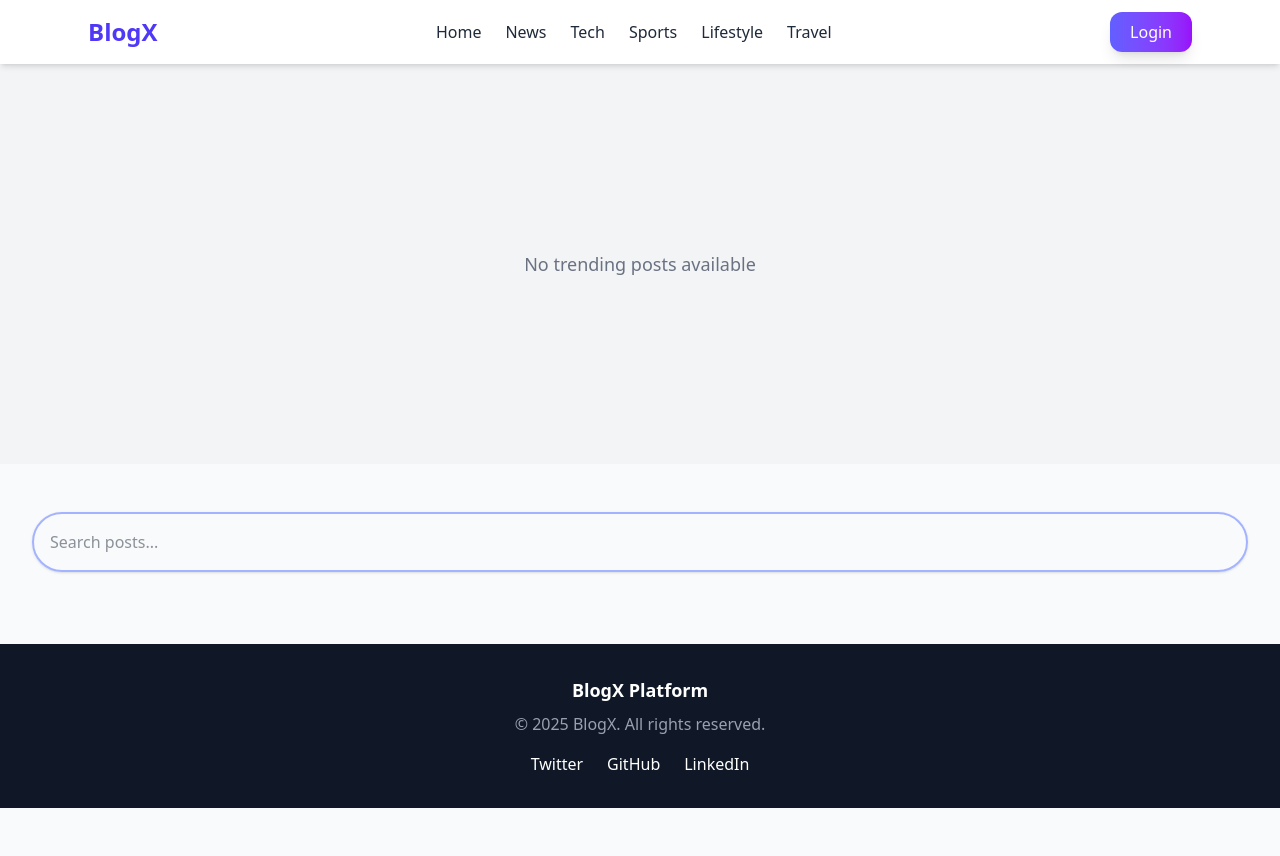
Repository: kundanchouhan12/BlogX
Page: / (app in blogx-Frontend/)
These files come from the project's save history. The page is drawn as it stood at one moment and after the next save; the edit follows.
The browser window is 1280 px wide. The pictures show the whole page.
The page's requests for data from a server got no answer. The project was rebuilt for these pictures with package versions that can differ from the ones it lists, and the page was loaded fresh each time. No one was signed in, and anything a server would have sent is missing. Also part of the build but not shown: blogx-Frontend/vite.config.js, blogx-Frontend/src/pages/Login.jsx, blogx-Frontend/src/pages/Signup.jsx, blogx-Frontend/src/pages/CreatePost.jsx, blogx-Frontend/src/components/PrivateRoute.jsx, blogx-Frontend/src/pages/BlogDetails.css, blogx-Frontend/src/pages/BlogDetails.jsx, blogx-Frontend/src/pages/EditPost.jsx.

Above is the page before, as saved 2025-09-19 19:46:01.

After the next save:
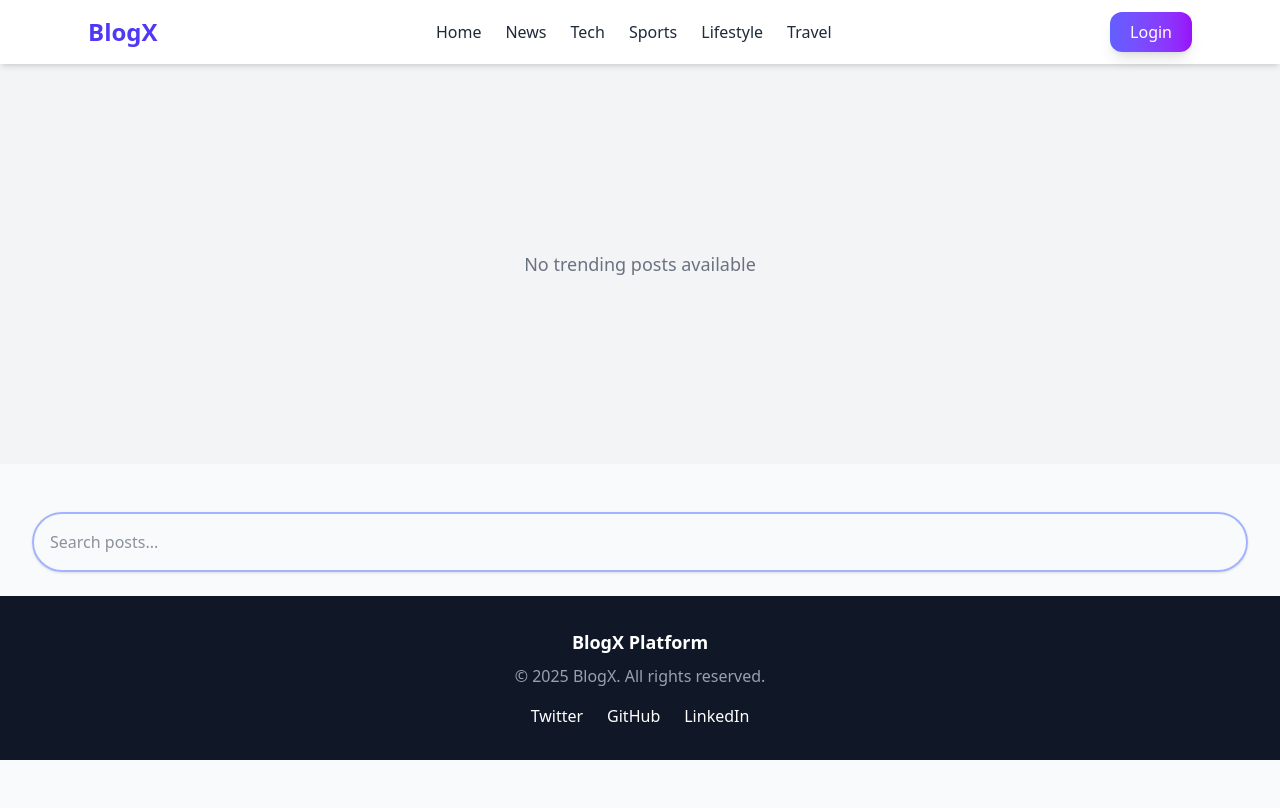
Saved 4 min 41 s later.
--- a/blogx-Frontend/src/components/Footer.jsx
+++ b/blogx-Frontend/src/components/Footer.jsx
@@ -1,17 +1,36 @@
-import React from "react";
-
 export default function Footer() {
   return (
-    <footer className="bg-gray-900 text-white py-8 mt-12">
+    <footer className="bg-gray-900 text-white py-8">
       <div className="max-w-7xl mx-auto px-4 sm:px-6 lg:px-8 text-center">
         <p className="text-lg font-semibold">BlogX Platform</p>
         <p className="mt-2 text-gray-400">
           © {new Date().getFullYear()} BlogX. All rights reserved.
         </p>
         <div className="flex justify-center gap-6 mt-4">
-          <a href="https://twitter.com" target="_blank" rel="noreferrer" className="hover:text-indigo-400">Twitter</a>
-          <a href="https://github.com" target="_blank" rel="noreferrer" className="hover:text-indigo-400">GitHub</a>
-          <a href="https://linkedin.com" target="_blank" rel="noreferrer" className="hover:text-indigo-400">LinkedIn</a>
+          <a
+            href="https://twitter.com"
+            target="_blank"
+            rel="noreferrer"
+            className="hover:text-indigo-400"
+          >
+            Twitter
+          </a>
+          <a
+            href="https://github.com"
+            target="_blank"
+            rel="noreferrer"
+            className="hover:text-indigo-400"
+          >
+            GitHub
+          </a>
+          <a
+            href="https://linkedin.com"
+            target="_blank"
+            rel="noreferrer"
+            className="hover:text-indigo-400"
+          >
+            LinkedIn
+          </a>
         </div>
       </div>
     </footer>
